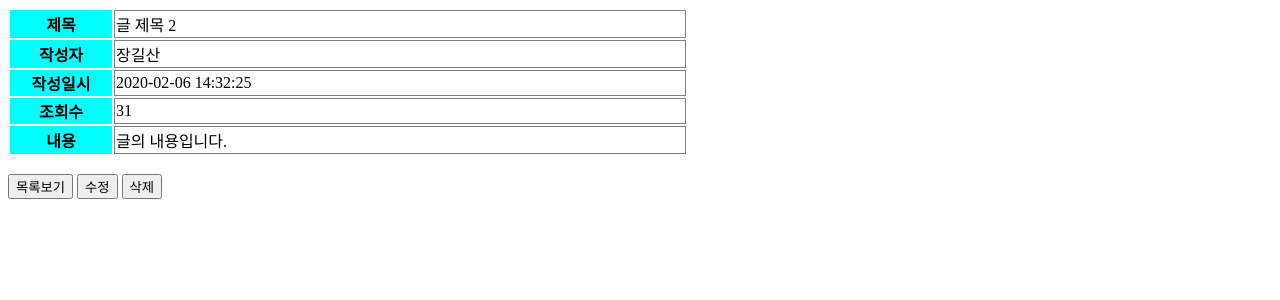
Repository: kdh2212/KDT_code
Page: http://localhost/20250807Web/boardUpdate.jsp
These files come from the project's save history. The page is drawn as it stood at one moment and after the next save; the edit follows.
The browser window is 1280 px wide. The pictures show the whole page.
The page is served by Tomcat 9. Other server files are loaded and not shown. The database holds what the project's SQL file puts in it. Queries for data that is not in the repository find no rows.

Above is the page before, as saved 2025-08-07 07:37:47.

### 20250807Web/src/main/webapp/boardUpdate.jsp
<%@ page language="java" contentType="text/html; charset=UTF-8"
    pageEncoding="UTF-8"%>
<%@ page import="java.sql.*, javax.sql.*" %>
<!DOCTYPE html>
<html>
<head>
    <meta charset="UTF-8">
    <style>
        table { width:680px; text-align:center; }
        th    { width:100px; background-color:cyan; }
        td    { text-align:left; border:1px solid gray; }
    </style>
</head>
<body>
<%@ page import="java.sql.*, javax.sql.*" %>
<%
Connection conn = null;
Statement stmt = null;
ResultSet rs = null;
try {
    Class.forName("com.mysql.cj.jdbc.Driver");
    conn = DriverManager.getConnection("jdbc:mysql://localhost:3305/du08", "root", "1234");
    stmt = conn.createStatement();
    rs = stmt.executeQuery("SELECT * FROM mytable");
    while (rs.next()) {
        out.println(rs.getString("columnname"));
    }
} catch (SQLException e) {
    out.println("데이터베이스 오류: " + e.getMessage());
} catch (ClassNotFoundException e) {
    out.println("드라이버를 찾을 수 없습니다: " + e.getMessage());
} finally {
    try {
        if (rs != null) rs.close();
        if (stmt != null) stmt.close();
        if (conn != null) conn.close();
    } catch (SQLException e) {
        out.println("리소스를 닫는 도중 오류 발생: " + e.getMessage());
    }
}
%>


<table>
    <tr>
        <th>제목</th>
        <td>글 제목 2</td>
    </tr>
    <tr>
        <th>작성자</th>
        <td>장길산</td>
    </tr>
    <tr>
        <th>작성일시</th>
        <td>2020-02-06 14:32:25</td>
    </tr>
    <tr>
        <th>조회수</th>
        <td>31</td>
    </tr>
    <tr>
        <th>내용</th>
        <td>글의 내용입니다.</td>
    </tr>
</table>

<br>
<input type="button" value="목록보기" onclick="location.href='boardList.jsp'">
<input type="button" value="수정"
       onclick="location.href='boardWrite.jsp?num=2'">
<input type="button" value="삭제"
       onclick="location.href='voardDelete.jsp?num=2'">

</body>
</html>

### 20250807Web/src/main/webapp/database.sql (the tables this page reads)
create table board (
    num     int          auto_increment primary key,
    writer  varchar(20),
    title   varchar(60),
    content text,
    regtime varchar(20),
    hits    int
);

insert into board values
    (1, '홍길동', '글 1', '글의 내용 1', '2017-07-30 10:10:11', 0),
    (2, '이순신', '글 2', '글의 내용 2', '2017-07-30 10:10:12', 0),
    (3, '강감찬', '글 3', '글의 내용 3', '2017-07-30 10:10:13', 0),
    (4, '김수로', '글 4', '글의 내용 4', '2017-07-30 10:10:14', 0),
    (5, '장길산', '글 5', '글의 내용 5', '2017-07-30 10:10:15', 0),
    (6, '김수로', '글 6', '글의 내용 6', '2017-07-30 10:10:16', 0),
    (7, '홍길동', '글 7', '글의 내용 7', '2017-07-30 10:10:17', 0),
    (8, '이순신', '글 8', '글의 내용 8', '2017-07-30 10:10:18', 0);

After the next save:
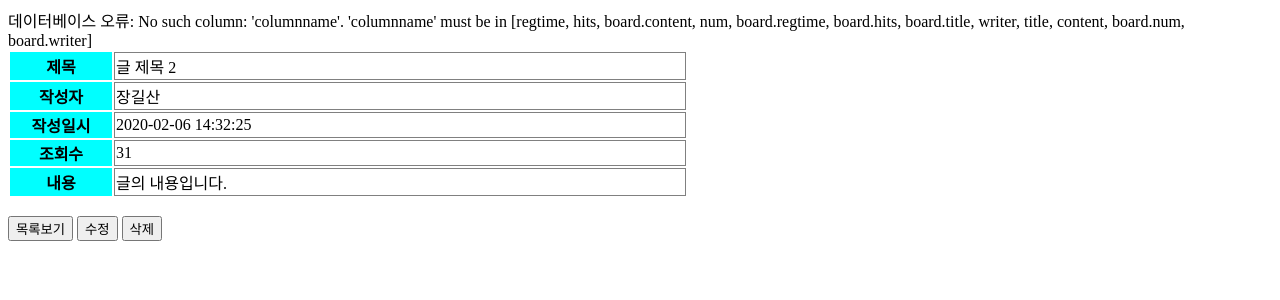
Saved 4 s later.
--- a/20250807Web/src/main/webapp/boardUpdate.jsp
+++ b/20250807Web/src/main/webapp/boardUpdate.jsp
@@ -21,7 +21,7 @@ try {
     Class.forName("com.mysql.cj.jdbc.Driver");
     conn = DriverManager.getConnection("jdbc:mysql://localhost:3305/du08", "root", "1234");
     stmt = conn.createStatement();
-    rs = stmt.executeQuery("SELECT * FROM mytable");
+    rs = stmt.executeQuery("SELECT * FROM board");
     while (rs.next()) {
         out.println(rs.getString("columnname"));
     }
